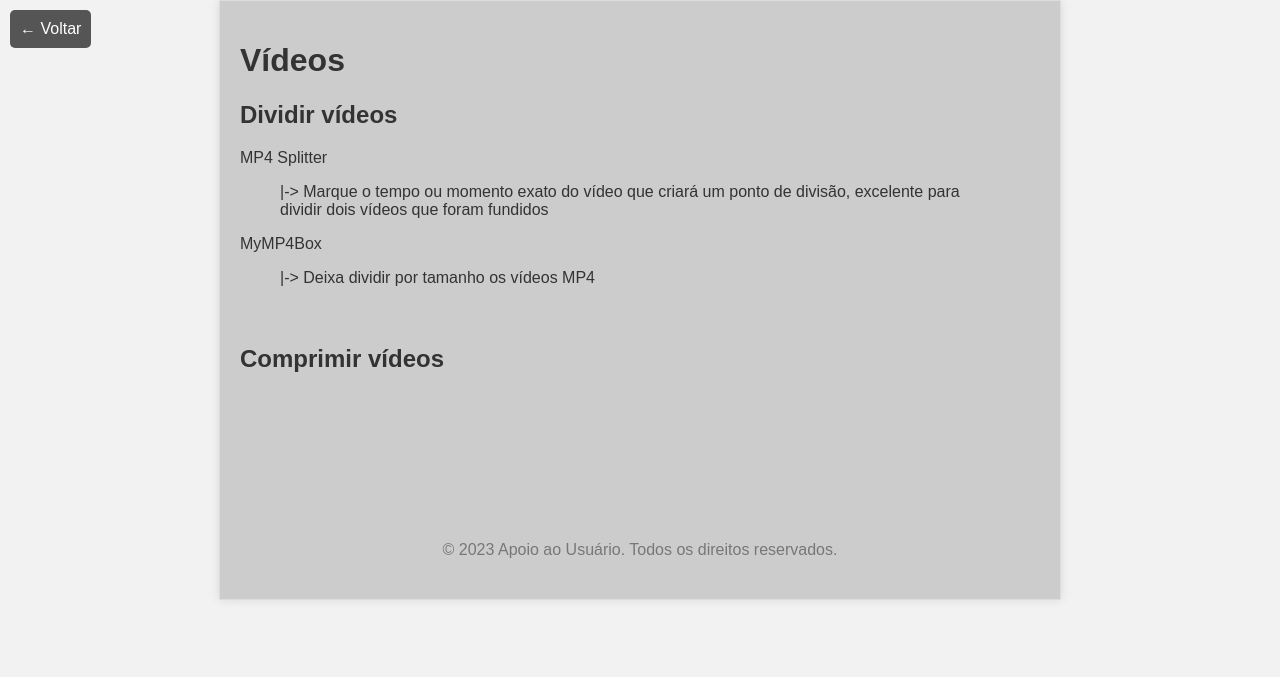
Repository: I4guito/dicasdez
Page: Dicas site/Dicas/sobrevideos.html
These files come from the project's save history. The page is drawn as it stood at one moment and after a run of saves; the edit follows.
The browser window is 1280 px wide. The pictures show the whole page.

Above is the page before, as saved 2023-12-07 15:35:33.

After the next 2 saves:
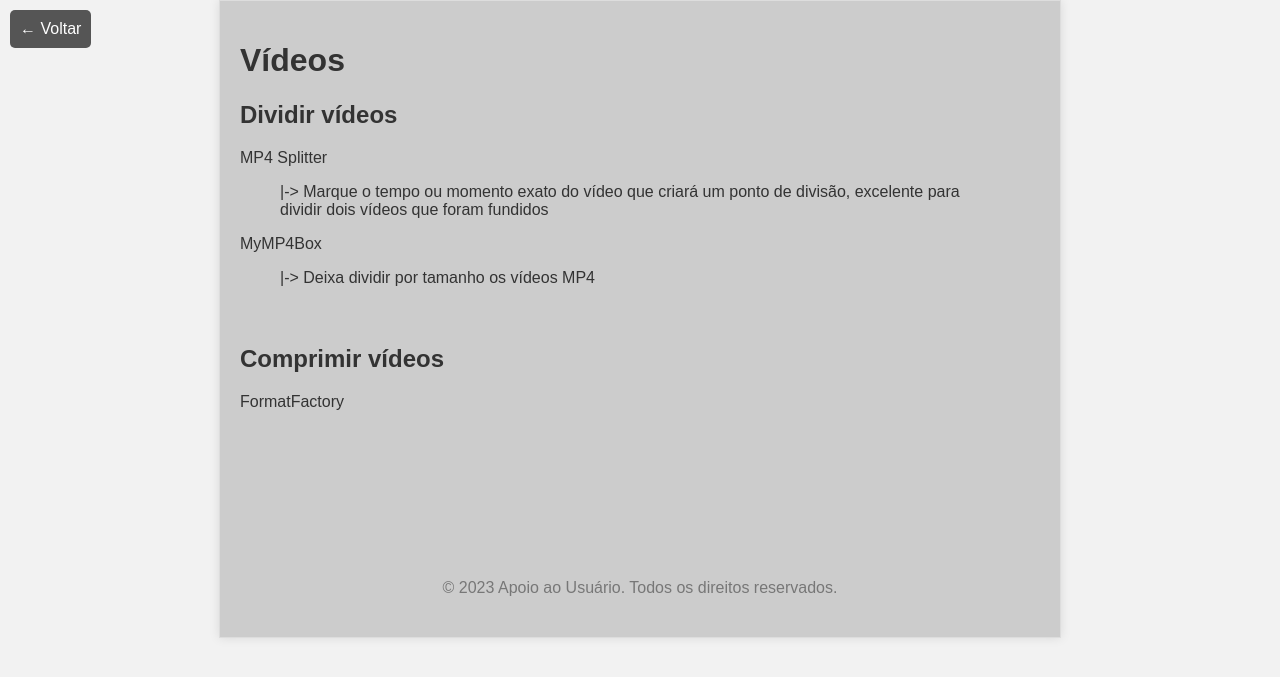
The 2 saves are shown as one change because they came seconds apart.
The last was saved 15 s later.
--- a/Dicas site/Dicas/sobrevideos.html
+++ b/Dicas site/Dicas/sobrevideos.html
@@ -28,7 +28,9 @@
         <section>
             <h2> Comprimir vídeos </h2>
             <ul>
-                <li></li>
+                <li>FormatFactory
+                    <blockquote></blockquote>
+                </li>
                 <li></li>
             </ul>
         </section><br>
